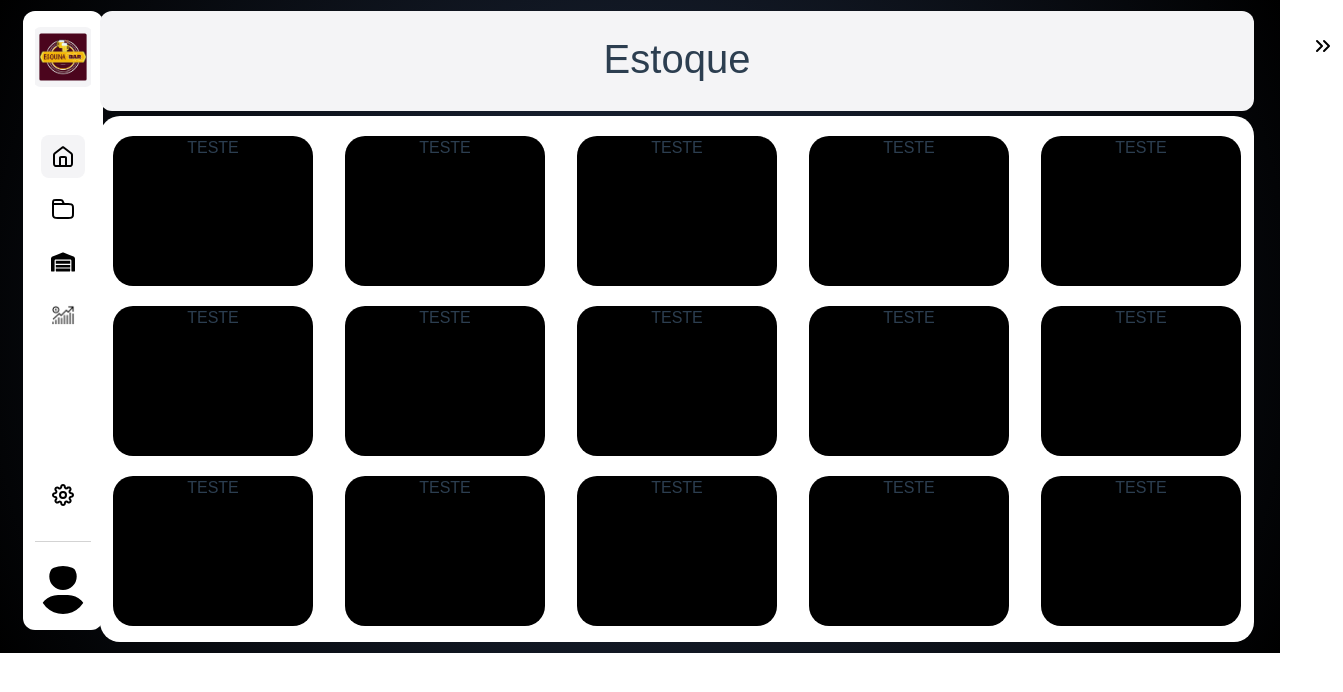
Repository: jazaoo13/Projeto_Oficina_Integracao
Page: / (app in Aplicacao_vue/)
An editor plug-in stored every save of this project. The page is shown before and after the next save, followed by the edit.
The browser window is 1280 px wide. The page is 1343 px wide, so the pictures cover 1343 px, including what lies to the right of the window. The pictures show the whole page.
The page's requests for data from a server got no answer. The project was rebuilt for these pictures with package versions that can differ from the ones it lists, and the page was loaded fresh each time. No one was signed in, and anything a server would have sent is missing. Also part of the build but not shown: Aplicacao_vue/vue.config.js, Aplicacao_vue/src/View/jazao.vue.

Above is the page before, as saved 2023-11-19 17:33:26.

After the next save:
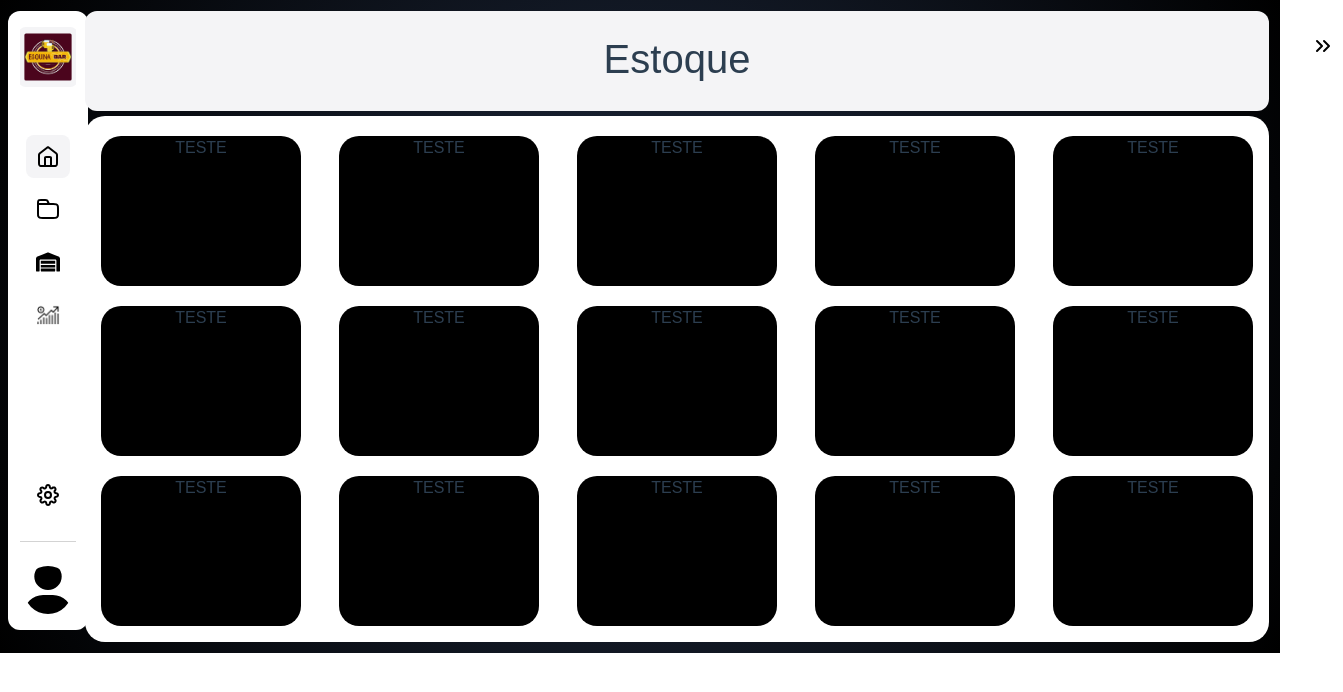
Saved 79 s later.
--- a/Aplicacao_vue/src/View/Home.vue
+++ b/Aplicacao_vue/src/View/Home.vue
@@ -58,10 +58,10 @@ export default {
 .container-fluid {
   display: flex;
   flex-direction: row;
-  margin-left: 5px;
-  margin-right: 5px;
-  margin-top: 5px;
-  margin-bottom: 5px;
+  padding-left: 5px;
+  padding-top: 5px;
+  padding-bottom: 5px;
+  padding-right: 5px;
 }
 .content-container {
   display: flex;
